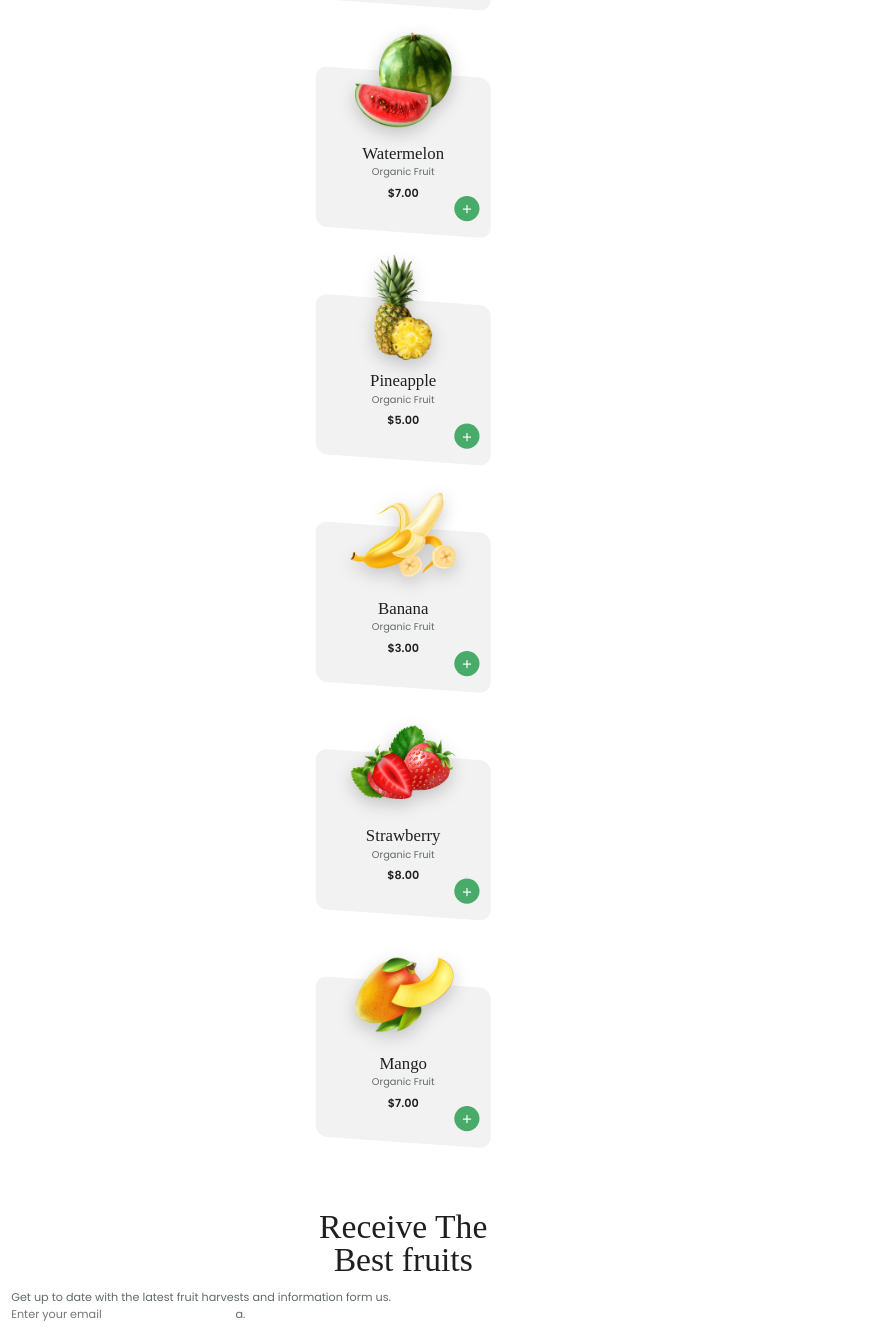
Repository: dinhhaidh/fruit
Page: index.html
An editor plug-in stored every save of this project. The page is shown before and after a run of saves, followed by the edit.
The browser window is 1280 px wide. The pictures show the part of the page from y = 2860 to 4780 px (the page is 4766 px tall before and 4780 px after), at 70% of full size.
Some web fonts or font styles are not loaded; a fallback is used.

Above is the page before, as saved 2024-02-19 09:43:45.
Console error: ReferenceError: ScrollReveal is not defined

### index.html
<!DOCTYPE html>
<html lang="en">
<head>
    <meta charset="UTF-8">
    <meta name="viewport" content="width=device-width, initial-scale=1.0">

    <!--=============== FAVICON ===============-->
    <link rel="shortcut icon" href="assets/img/favicon.png" type="image/x-icon">

    <!--=============== REMIXICONS ===============-->
    <link rel="stylesheet" href="https://cdnjs.cloudflare.com/ajax/libs/remixicon/3.5.0/remixicon.css" crossorigin="">

    <!--=============== CSS ===============-->
    <link rel="stylesheet" href="./css/style.css">

    <title>Responsive fruit website - Bedimcode</title>
</head>
<body>
    <!--==================== HEADER ====================-->
    <header class="header" id="header">
        <nav class="nav container">
            <a href="#" class="nav__logo">
                <img src="./img/logo.png" alt=""> Fruit
            </a>
            <div class="nav__menu" id="nav-menu">
                <ul class="nav__list">
                    <li class="nav__item">
                        <a href="#Home" class="nav__link">Home</a>
                    </li>
                    <li class="nav__item">
                        <a href="#enjoy" class="nav__link">About Us</a>
                    </li>
                    <li class="nav__item">
                        <a href="#popular" class="nav__link">Popular</a>
                    </li>
                    <li class="nav__item">
                        <a href="#join" class="nav__link">Join Us</a>
                    </li>
                </ul>

                <a href="#" class="nav__close" id="nav-close">
                    <i class="ri-close-line"></i>
                </a>

                <img src="./img/branch-2.png" alt="" class="nav__img-1">
                <img src="./img/fruit-line-1.png" alt="" class="nav__img-2">
            </div>

            <div class="nav__buttons">

                <i class="ri-moon-line theme__button" id="theme-button"></i>

                <div class="nav__toggle" id="nav-toggle">
                    <i class="ri-apps-2-line"></i>
                </div>
            </div>
        </nav>
    </header>

    <!--==================== MAIN ====================-->
    <main class="main">
        <!--==================== HOME ====================-->
        <section class="home section" id="home">
            <div class="home__container container grid">
                <div class="home__data">
                    <h1 class="home__title">Enjoy The <br>
                        Best Fresh <br>
                        Fruits
                    </h1>
                    <p class="home__desc">Enjoy the best organic fruits harvested with the best possible quality, obtaining unique and delicious favours</p>
                    <img src="./img/fruit-line-2.png" alt="image" class="home__fruit">
                    <a href="#" class="button">
                        Order Fruit Now
                    </a>
                </div>
                <img src="./img/home-fruits.png" alt="image" class="home__img">
            </div>
            <img src="./img/branch-2.png" alt="image" class="home__branch">
        </section>

        <!--==================== ENJOY ====================-->
        <section class="enjoy section">
            <h2 class="section__title">Eat And Enjoy</h2>
            <div class="enjoy__container container grid">
                <article class="enjoy__card">
                    <div class="enjoy__bg"></div>

                    <img src="./img/enjoy-1.png" alt="" class="enjoy__img">
                    <h3 class="enjoy__title">Healthy</h3>
                    <span class="enjoy__subtitle">Tropical Fruit</span>
                </article>
                <article class="enjoy__card">
                    <div class="enjoy__bg"></div>

                    <img src="./img/enjoy-2.png" alt="" class="enjoy__img">
                    <h3 class="enjoy__title">Healthy</h3>
                    <span class="enjoy__subtitle">Tropical Fruit</span>
                </article>
                <article class="enjoy__card">
                    <div class="enjoy__bg"></div>

                    <img src="./img/enjoy-3.png" alt="" class="enjoy__img">
                    <h3 class="enjoy__title">Healthy</h3>
                    <span class="enjoy__subtitle">Tropical Fruit</span>
                </article>
            </div>
        </section>

        <!--==================== ABOUT US ====================-->
        <section class="about section" id="about">
            <div class="about__container container grid">
                <div class="about__data">
                    <h2 class="section__title">
                        We Provide <br>
                        Healthy Fruits
                    </h2>
                    <p class="about__desc">Lorem ipsum dolor sit amet, consectetur adipisicing elit. Iusto voluptatum officia non dolores illum, hic necessitatibus sit? Sapiente, voluptatem nisi!</p>
                    <a href="#" class="button">Know More</a>
                    <img src="./img/fruit-line-1.png" alt="image" class="about__fruit">
                </div>
                <img src="./img/about-fruits.png" alt="image" class="about__img">
            </div>
            <img src="./img/branch-1.png" alt="image" class="about__branch">

        </section>

        <!--==================== POPULAR ====================-->
        <section class="popular section" id="popular">
            <h2 class="section__title">Popular Fruits</h2>
            <div class="popular__container container grid">
                <article class="popular__card">
                    <div class="popular__bg"></div>

                    <img src="./img/popular-1.png" alt="" class="popular__img">
                    <h2 class="popular__title">Apple</h2>
                    <span class="popular__subtitle">Organic Fruit</span>
                    <h3 class="popular__price">$4.00</h3>
                    <a href="#" class="popular__button button">
                        <i class="ri-add-line"></i>
                    </a>
                </article>
                <article class="popular__card">
                    <div class="popular__bg"></div>

                    <img src="./img/popular-2.png" alt="" class="popular__img">
                    <h2 class="popular__title">Watermelon</h2>
                    <span class="popular__subtitle">Organic Fruit</span>
                    <h3 class="popular__price">$7.00</h3>
                    <a href="#" class="popular__button button">
                        <i class="ri-add-line"></i>
                    </a>
                </article>

                <article class="popular__card">
                    <div class="popular__bg"></div>

                    <img src="./img/popular-3.png" alt="" class="popular__img">
                    <h2 class="popular__title">Pineapple</h2>
                    <span class="popular__subtitle">Organic Fruit</span>
                    <h3 class="popular__price">$5.00</h3>
                    <a href="#" class="popular__button button">
                        <i class="ri-add-line"></i>
                    </a>
                </article>

                <article class="popular__card">
                    <div class="popular__bg"></div>

                    <img src="./img/popular-4.png" alt="" class="popular__img">
                    <h2 class="popular__title">Banana</h2>
                    <span class="popular__subtitle">Organic Fruit</span>
                    <h3 class="popular__price">$3.00</h3>
                    <a href="#" class="popular__button button">
                        <i class="ri-add-line"></i>
                    </a>
                </article>

                <article class="popular__card">
                    <div class="popular__bg"></div>

                    <img src="./img/popular-5.png" alt="" class="popular__img">
                    <h2 class="popular__title">Strawberry</h2>
                    <span class="popular__subtitle">Organic Fruit</span>
                    <h3 class="popular__price">$8.00</h3>
                    <a href="#" class="popular__button button">
                        <i class="ri-add-line"></i>
                    </a>
                </article>

                <article class="popular__card">
                    <div class="popular__bg"></div>

                    <img src="./img/popular-6.png" alt="" class="popular__img">
                    <h2 class="popular__title">Mango</h2>
                    <span class="popular__subtitle">Organic Fruit</span>
                    <h3 class="popular__price">$7.00</h3>
                    <a href="#" class="popular__button button">
                        <i class="ri-add-line"></i>
                    </a>
                </article>

            </div>
        </section>

        <!--==================== JOIN US ====================-->
        <section class="join section" id="join">
            <div class="join__container container grid">
                <div class="join__content grid">
                    <div class="join__data">
                        <h2 class="section__title">Receive The <br>
                            Best fruits</h2>
                            <p class="join__desc">
                                Get up to date with the latest fruit harvests and information form us.
                            </p>
                            <form action="">
                                <input type="email" placeholder="Enter your email" class="join__input">
                                a.
                            </form>
                    </div>
                </div>
            </div>
        </section>
    </main>

    <!--==================== FOOTER ====================-->
    <footer class="footer">

    </footer>

    <!--========== SCROLL UP ==========-->


    <!--=============== SCROLLREVEAL ===============-->
    <script src=""></script>

    <script src="https://code.jquery.com/jquery-3.7.1.slim.min.js"></script>

    <!--=============== MAIN JS ===============-->
    <script src="./js/main.js"></script>
</body>
</html>

### css/style.css
/*=============== GOOGLE FONTS ===============*/
@import url("https://fonts.googleapis.com/css2?family=Cherry+Bomb+One&family=Poppins:wght@400;500;600&display=swap");

/*=============== VARIABLES CSS ===============*/
:root {
  --header-height: 3.5rem;

  /*========== Colors ==========*/
  /*Color mode HSL(hue, saturation, lightness)*/
  --first-color: hsl(140, 40%, 48%);
  --first-color-alt: hsl(140, 40%, 44%);
  --title-color: hsl(140, 4%, 12%);
  --text-color: hsl(140, 4%, 40%);
  --text-color-light: hsl(140, 4%, 64%);
  --white-color: hsl(0, 0%, 100%);
  --body-color: hsl(0, 0%, 100%);
  --container-color: hsl(0, 0%, 95%);
  --shadow-img: drop-shadow(0 8px 12px hsla(0, 0%, 0%, .2));
  --filter-img: invert(1);

  /*========== Font and typography ==========*/
  /*.5rem = 8px | 1rem = 16px ...*/
  --body-font: "Poppins", sans-serif;
  --second-font: "Cherry Bomb One", cursive;
  --biggest-font-size: 3rem;
  --big-font-size: 2rem;
  --h1-font-size: 1.5rem;
  --h2-font-size: 1.25rem;
  --h3-font-size: 1rem;
  --normal-font-size: .938rem;
  --small-font-size: .813rem;

  /*========== Font weight ==========*/
  --font-regular: 400;
  --font-medium: 500;
  --font-semi-bold: 600;

  /*========== z index ==========*/
  --z-tooltip: 10;
  --z-fixed: 100;
}

/*========== Responsive typography ==========*/
@media screen and (min-width: 1150px) {
  :root {
    --biggest-font-size: 5.5rem;
    --big-font-size: 3rem;
    --h1-font-size: 2.25rem;
    --h2-font-size: 1.5rem;
    --h3-font-size: 1.25rem;
    --normal-font-size: 1rem;
    --small-font-size: .875rem;
  }
}

/*=============== BASE ===============*/
* {
  box-sizing: border-box;
  padding: 0;
  margin: 0;
}

html {
  scroll-behavior: smooth;
}

body,
input,
button {
  font-family: var(--body-font);
  font-size: var(--normal-font-size);
}

body {
  background-color: var(--body-color);
  color: var(--text-color);
  transition: background-color .4s;
}

input,
button {
  border: none;
  outline: none;
}

h1, h2, h3, h4 {
  color: var(--title-color);
  font-weight: var(--font-medium);
  line-height: 100%;
}

ul {
  list-style: none;
}

a {
  text-decoration: none;
}

img {
  display: block;
  max-width: 100%;
  height: auto;
}

/*=============== THEME ===============*/


/*========== Variables Dark Theme ==========*/



/*==========
	Color changes in some parts of
	the website, in dark theme
==========*/


/*=============== REUSABLE CSS CLASSES ===============*/
.container {
  max-width: 1120px;
  margin-inline: 1.5rem;
}

.grid {
  display: grid;
  gap: 1.5rem;
}

.section {
  padding-block: 5rem 1rem;
}

.section__title {
  font-size: var(--big-font-size);
  font-family: var(--second-font);
  text-align: center;
  margin-bottom: 1rem;
}

.main {
  overflow: hidden; /* For animation ScrollReveal */
}

/*=============== HEADER & NAV ===============*/
.header{
    position: fixed;
    width: 100%;
    top: 0;
    left: 0;
    background-color: var(--body-color);
    z-index: var(--z-fixed);
    transition: box-shadow .4s, background-color .4s;
}
.nav{
    height: var(--header-height);
    display:flex;
    align-items: center;
    justify-content: space-between;
}
.nav__close,
.nav__toggle,
.nav__logo{
    display:flex;
    align-items: center;
    justify-content: center;
    color: var(--title-color);
}
.nav__logo{
    column-gap: 0.25rem;
    font-family: var(--second-font);
    font-size: var(--h3-font-size);
}
.nav__logo img {
    width: 1.25rem;
}
.nav__link{
    color: var(--title-color);
    font-weight: var(--font-semi-bold);
    transition: color .4s;
}
.nav__link:hover{
    color: var(--first-color);
}
.nav__buttons{
    display: flex;
    column-gap: 1rem;
}

/* Navigation for mobile devices */
@media screen and (max-width: 1150px) {
    .nav__menu{
        position: fixed;
        width: 100%;
        top: -100%;
        left: 0;
        background-color: var(--body-color);
        box-shadow:  0 2px 16px hsla(0, 0%, 0%, .1);
        z-index: var(--z-fixed);
        padding-block: 4.5rem;
        transition: top .4s;
    }
    .nav__close{
        position: absolute;
        top: 1.2rem;
        right: 1.5rem;
    }
    .nav__list{
        display: flex;
        flex-direction: column;
        row-gap: 2.5rem;
        text-align: center;
    }
    .nav__img-1,
    .nav__img-2{
        position: absolute;
        filter: var(--filter-img);
    }
    .nav__img-1{
        top: -2.5rem;
        width: 150px;
        rotate: 180deg;
        left: -3.5rem;
    }
    .nav__img-2{
        width: 50px;
        bottom: 2.5rem;
        right: 2.5rem;
    }
}


/* Show menu */
.show-menu{
    top: 0;
}

/* Add shadow header */


/* Active link */


/*=============== HOME ===============*/
.home{
    position: relative;
}

.container{
    margin-inline: 1rem;
}

.home__container {
    padding-top: 2.5rem;
    row-gap: 2rem;
}
.home__data{
    position: relative;
    text-align: center;
}
.home__title{
    font-size: var(--biggest-font-size);
    font-family: var(--second-font);
    margin-bottom: 1rem;
}
.home__desc{
    margin-bottom: 2rem;
}
.button{
    display: inline-block;
    background-color: var(--first-color);
    color: var(--white-color);
    padding: 1rem 2rem;
    border-radius: 4rem;
    font-weight: var(--font-semi-bold);
    transition: box-shadow .4s;
}
.button:hover{
    box-shadow: 0 8px 24px hsla(140, 40%, 48%, .3);
}
.home__fruit,
.home__branch{
    position: absolute;
    filter: var(--filter-img);

}
.home__fruit{
    width: 40px;
    top: 6.75rem;
    left: 1rem;
}
.home__img{
    width: 320px;
    justify-self: center;
    filter: var(--shadow-img);
}
.home__branch{
    width: 120px;
    right: -3rem;
    bottom: 15rem;
}

/*=============== BUTTON ===============*/


/*=============== ENJOY ===============*/
.enjoy{

}

.enjoy__container{

}

.enjoy__card{
    position: relative;
    text-align: center;
    padding: 1.5rem 2.5rem;
}
.enjoy__bg{
    background-color: var(--container-color);
    width: 100%;
    height: 100%;
    position: absolute;
    top: 0;
    left: 0;
    border-radius: 1rem;
    transform: skew(4deg);
    transition: background-color .4s;
    z-index: -1;
}
.enjoy__img{
    width: 120px;
    margin: 0 auto;
    filter: var(--shadow-img);
    transition: transform .4s;
}
.enjoy__img:hover{
    transform: translateX(-.25rem);
}
.enjoy__title{
    font-family: var(--second-font);
    font-size: var(--h1-font-size);
    margin-bottom: 0.25rem;
}
.enjoy__subtitle{
    font-size: var(--small-font-size);
}

/*=============== ABOUT ===============*/
.about{
    position: relative;
}

.about__data{
    position: relative;
    text-align: center;
}

.about__desc{
    margin-bottom: 2rem;
}

.about__fruit,
.about__branch{
    position: absolute;
    filter: var(--filter-img);

}
.about__fruit{
    bottom: 2rem;
    right: 1rem;
    width: 40px;
}
.about__img{
    box-shadow: var(--shadow-img);
    width: 320px;
    justify-self: center;
}
.about__branch{
    width: 120px;
    bottom: 15rem;
    rotate: 60deg;
    left: -3.5rem;
}

/*=============== POPULAR ===============*/
.popular{

}

.popular__container{
    padding-top: 6rem;
    grid-template-columns: 250px;
    justify-content: center;
    row-gap: 6rem;
}

.popular__card{
    position: relative;
    text-align: center;
    padding-block: 6.5rem 3rem;
}
.popular__bg{
    width: 100%;
    height: 100%;
    position: absolute;
    top: 0;
    left: 0;
    background-color: var(--container-color);
    z-index: -1;
    transform: skewY(4deg);
    border-radius: 1rem;
    transition: background-color .4s;
}
.popular__img{
    margin: 0 auto 0.75rem;
    width: 150px;
    position: absolute;
    top: -4rem;
    left: 0;
    right: 0;
    filter: var(--shadow-img);
    transition: .4s;
}
.popular__title{
    font-size: var(--h2-font-size);
    font-family: var(--second-font);
    margin-bottom: 0.25rem;
}
.popular__subtitle{
    margin-bottom: 0.75rem;
    display: block;
    font-size: var(--small-font-size);
}
.popular__price{
    font-size: var(--normal-font-size);
    font-weight: var(--font-semi-bold);
}
.popular__button{
    width: 36px;
    height: 36px;
    padding: 8px;
    color: var(--white-color);
    place-items: center;
    font-size: 1.25rem;
    cursor: pointer;
    display: grid;
    font-weight: inherit;
    position: absolute;
    right: 1rem;
    bottom: 1rem;
}



/*=============== JOIN ===============*/


/*=============== FOOTER ===============*/


/*=============== SCROLL BAR ===============*/


/*=============== SCROLL UP ===============*/


/* Show Scroll Up */


/*=============== BREAKPOINTS ===============*/
/* For small devices */


/* For medium devices */


/* For large devices */

### js/main.js
$(document).ready(function () {
  $("#nav-toggle").click(function(){
    $("#nav-menu").addClass("show-menu");
  });
  $("#nav-close").click(function(){
    $("#nav-menu").removeClass("show-menu");
  });
  $("#nav__link").click(function(){
    $('.active-link').removeClass("show-menu");
  });

  // khi kích vào nav__link nó sẽ ẳn đi
  $('.nav__item a').click(function(){
    $("#nav-menu").removeClass("show-menu");
  });
  //
  $(window).scroll(function(){
    $("#header").toggleClass("shadow-header", $(this).scrollTop() >= 50);
    $("#scroll-up").toggleClass("show-scroll", $(this).scrollTop() >= 350);

    // // active-link //
    // $('.active-link').addClass('nav__menu');

    /*=============== SCROLL SECTIONS ACTIVE LINK ===============*/
const sections = document.querySelectorAll('section[id]')

const scrollActive = () =>{
  	const scrollDown = window.scrollY

	sections.forEach(current =>{
		const sectionHeight = current.offsetHeight,
            sectionTop = current.offsetTop - 58,
            sectionId = current.getAttribute('id'),
            sectionsClass = document.querySelector('.nav__menu a[href*=' + sectionId + ']')

		if(scrollDown > sectionTop && scrollDown <= sectionTop + sectionHeight){
			sectionsClass.classList.add('active-link')
		}else{
			sectionsClass.classList.remove('active-link')
		}
	})
}
window.addEventListener('scroll', scrollActive)
  });
});


// dark-theme
$(document).ready( function(){
  $('#theme-button').click( function () {
      $('body').toggleClass('dark-theme');
      $('.ri-moon-line').toggleClass('ri-sun-line');
  });
});
//

/*=============== SCROLL REVEAL ANIMATION ===============*/
const sr = ScrollReveal({
  origin: 'top',
  distance: '60px',
  duration: 2500,
  delay: 400,
  // reset: true
})
sr.reveal(`.home__data, .join__container, .footer__container`) //hiệu ứng trên xuống
sr.reveal(`.home__img`,{origin: 'bottom'})
sr.reveal(`.enjoy__card, .popular__card`,{interval: 100}) //hiệu ứng trêm xuống lần lần từng giây
sr.reveal(`.about__data`,{origin: 'right'})
sr.reveal(`.about__img`,{origin: 'left'})

After the next 2 saves:
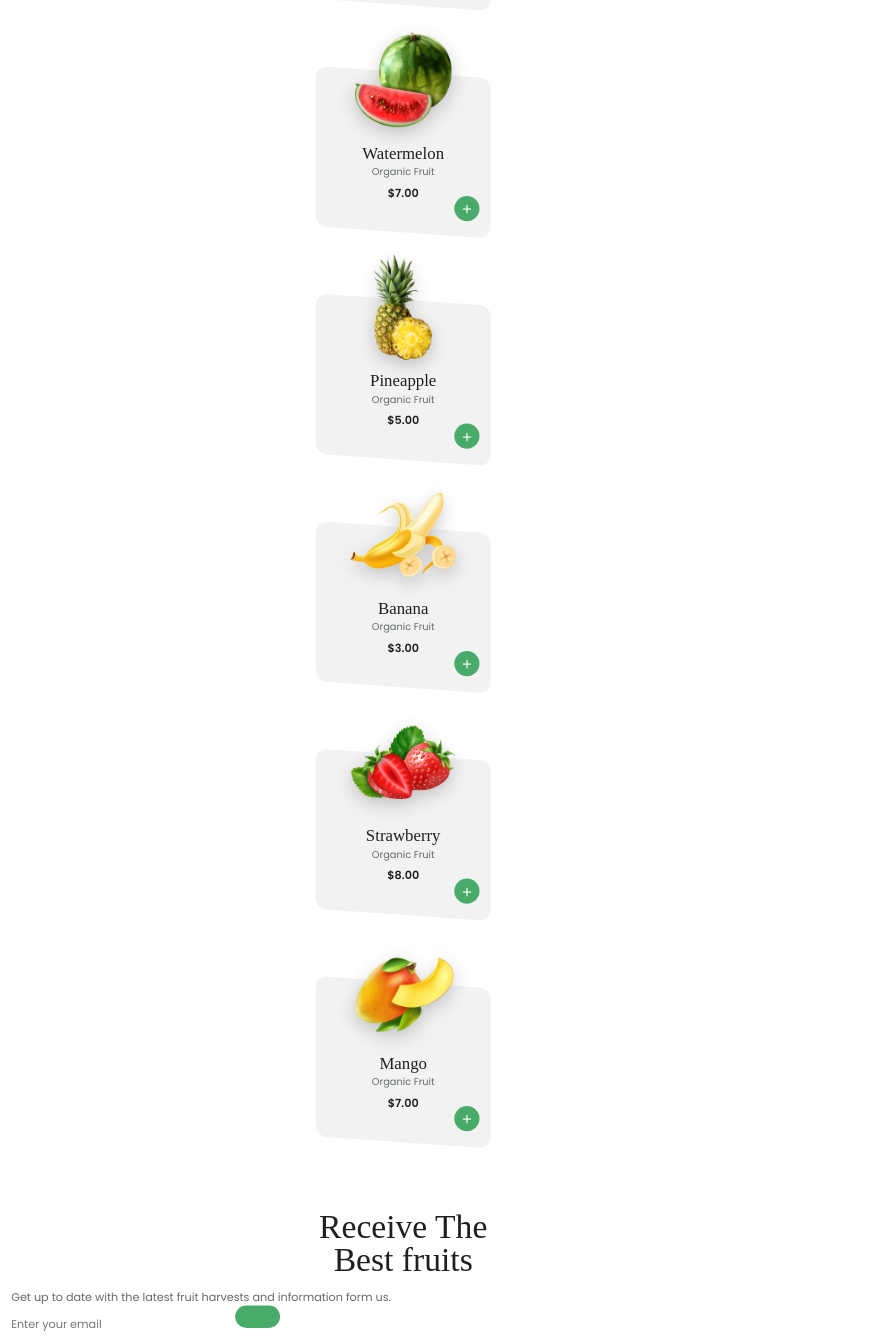
The 2 saves are shown as one change because they came seconds apart.
The last was saved 10 s later.
--- a/index.html
+++ b/index.html
@@ -214,7 +214,7 @@
                             </p>
                             <form action="">
                                 <input type="email" placeholder="Enter your email" class="join__input">
-                                a.
+                                <a href="#" class="join__button button"></a>
                             </form>
                     </div>
                 </div>
